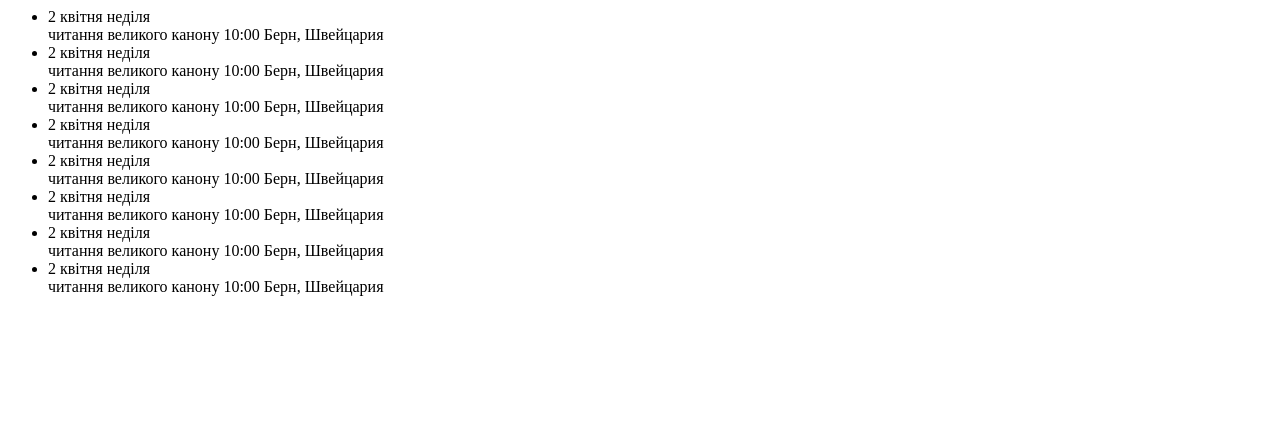
Repository: Gray-01/upcV5
Page: http://localhost/template-parts/schedule.php
An editor plug-in stored every save of this project. The page is shown before and after the next save, followed by the edit.
The browser window is 1280 px wide. The pictures show the whole page.
The page is run by PHP 8.4 with error messages shown; the project is at /var/www/html/.

Above is the page before, as saved 2025-10-09 06:37:22.

### template-parts/schedule.php
<section class="schedule">
  <div class="container">
    <div class="schedule__wraper">
      <!-- <h2 class="schedule__title">Розклад Богослужінь</h2> -->


<?php if (function_exists('the_field')): ?>
  <h2 class="schedule__title">
    <?php
    $title = get_field('schedule_title');
    // Удаляем <p> и </p>
    $title = str_replace(['<p>', '</p>'], '', $title);
    echo wp_kses_post($title); // Безопасный вывод
    ?>
  </h2>
<?php endif; ?>


      <ul class="schedule__list">

        <li class="schedule__item">
          <div class="schedule__datetime">
            <time class="schedule__date">2 квітня</time>
            <time class="schedule__day">неділя</time>
          </div>
          <span class="schedule__event">читання великого канону</span>
          <span class="schedule__time">10:00</span>
          <span class="schedule__place">Берн, Швейцария</span>
        </li>
                <!-- <li class="schedule__item">

          <div class="schedule__datetime">
            <time class="schedule__date">2 квітня</time>
            <time class="schedule__day">неділя</time>
          </div>
          <span class="schedule__event">читання великого канону</span>
          <span class="schedule__time">10:00</span>
          <span class="schedule__place">Берн, Швейцария</span> -->
        </li>
                <li class="schedule__item">
          <div class="schedule__datetime">
            <time class="schedule__date">2 квітня</time>
            <time class="schedule__day">неділя</time>
          </div>
          <span class="schedule__event">читання великого канону</span>
          <span class="schedule__time">10:00</span>
          <span class="schedule__place">Берн, Швейцария</span>
        </li>
                <li class="schedule__item">
          <div class="schedule__datetime">
            <time class="schedule__date">2 квітня</time>
            <time class="schedule__day">неділя</time>
          </div>
          <span class="schedule__event">читання великого канону</span>
          <span class="schedule__time">10:00</span>
          <span class="schedule__place">Берн, Швейцария</span>
        </li>
                <li class="schedule__item">
          <div class="schedule__datetime">
            <time class="schedule__date">2 квітня</time>
            <time class="schedule__day">неділя</time>
          </div>
          <span class="schedule__event">читання великого канону</span>
          <span class="schedule__time">10:00</span>
          <span class="schedule__place">Берн, Швейцария</span>
        </li>
                <li class="schedule__item">
          <div class="schedule__datetime">
            <time class="schedule__date">2 квітня</time>
            <time class="schedule__day">неділя</time>
          </div>
          <span class="schedule__event">читання великого канону</span>
          <span class="schedule__time">10:00</span>
          <span class="schedule__place">Берн, Швейцария</span>
        </li>
                <li class="schedule__item">
          <div class="schedule__datetime">
            <time class="schedule__date">2 квітня</time>
            <time class="schedule__day">неділя</time>
          </div>
          <span class="schedule__event">читання великого канону</span>
          <span class="schedule__time">10:00</span>
          <span class="schedule__place">Берн, Швейцария</span>
        </li>
                <li class="schedule__item">
          <div class="schedule__datetime">
            <time class="schedule__date">2 квітня</time>
            <time class="schedule__day">неділя</time>
          </div>
          <span class="schedule__event">читання великого канону</span>
          <span class="schedule__time">10:00</span>
          <span class="schedule__place">Берн, Швейцария</span>
        </li>
                <li class="schedule__item">
          <div class="schedule__datetime">
            <time class="schedule__date">2 квітня</time>
            <time class="schedule__day">неділя</time>
          </div>
          <span class="schedule__event">читання великого канону</span>
          <span class="schedule__time">10:00</span>
          <span class="schedule__place">Берн, Швейцария</span>
        </li>

        <!-- Повторяем элементы по аналогии -->

      </ul>
    </div>
  </div>
</section>

After the next save:
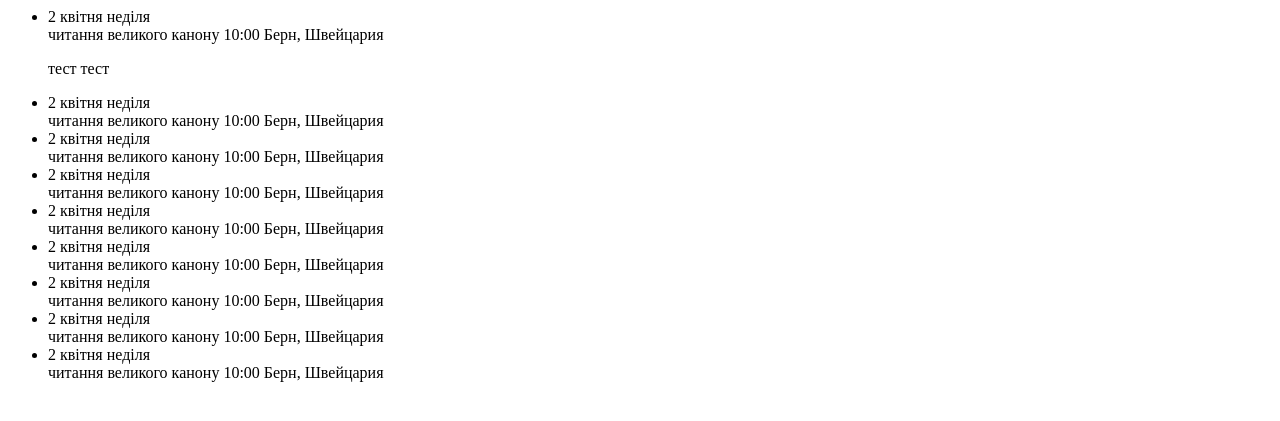
Saved 2 min 18 s later.
--- a/template-parts/schedule.php
+++ b/template-parts/schedule.php
@@ -26,8 +26,10 @@
           <span class="schedule__event">читання великого канону</span>
           <span class="schedule__time">10:00</span>
           <span class="schedule__place">Берн, Швейцария</span>
-        </li>
-                <!-- <li class="schedule__item">
+          <p>тест тест</p>
+          </li>
+         </li>
+                 <li class="schedule__item">
 
           <div class="schedule__datetime">
             <time class="schedule__date">2 квітня</time>
@@ -35,7 +37,7 @@
           </div>
           <span class="schedule__event">читання великого канону</span>
           <span class="schedule__time">10:00</span>
-          <span class="schedule__place">Берн, Швейцария</span> -->
+          <span class="schedule__place">Берн, Швейцария</span>
         </li>
                 <li class="schedule__item">
           <div class="schedule__datetime">
